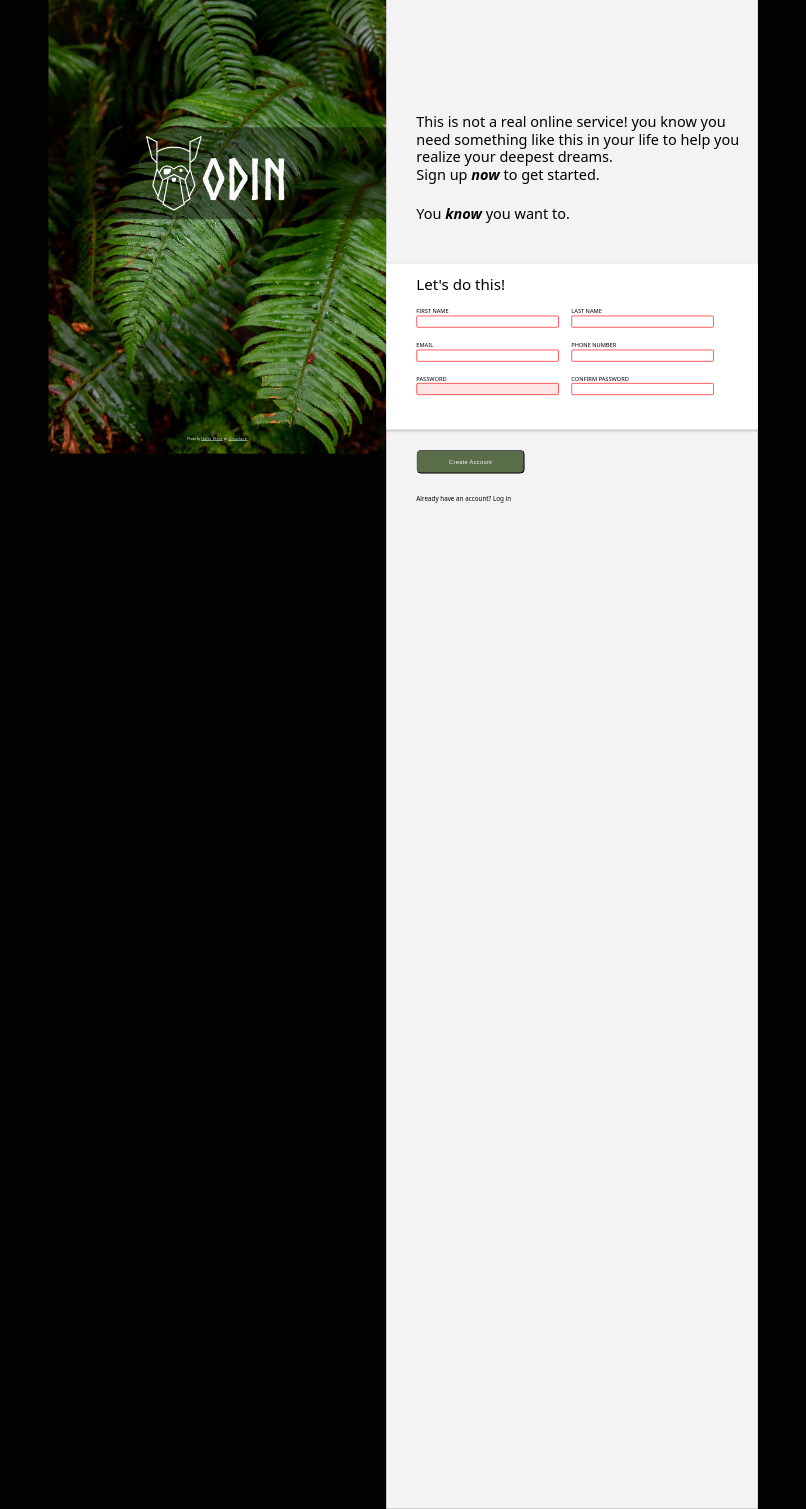
Repository: Freezler/Odin-SignUp
Page: index.html
The author's editor kept a copy of each file at every save. The page is drawn from the files as they stood at one save, then again after the next save.
The browser window is 1280 px wide. The pictures show the whole page, at 63% of full size.

Above is the page before, as saved 2024-03-03 22:31:01.

### index.html
<!doctype html>
<html lang="en">

<head>
	<meta charset="UTF-8" />
	<link rel="icon" type="image/svg+xml" href="/vite.svg" />
	<meta name="viewport" content="width=device-width, initial-scale=1.0" />
	<title>Sign-up</title>
	<link rel="stylesheet" href="style.css">


</head>

<body>
	<main class="container">
		<section class="section-left">
			<div class="logo-container">
				<img src="odin-lined.png" width="88px" srcset="">
				<h1>ODIN</h1>
			</div>
			<div class="credit">
				<small>Photo by <a
						href="https://unsplash.com/@haliewestphoto?utm_content=creditCopyText&utm_medium=referral&utm_source=unsplash"
						target="_#blank">Halie
						West</a> on <a
						href="https://unsplash.com/photos/green-leaf-plant-in-close-up-photography-25xggax4bSA?utm_content=creditCopyText&utm_medium=referral&utm_source=unsplash">Unsplash
					</a>
				</small>
			</div>

		</section>
		<section class="section-right">
			<div class="right-wrapper">
				<div class="text-container">
					<p class="topParagraph">
						This is not a real online service! you know you need something like this in your life to help
						you
						realize your deepest dreams.
						<br>
						Sign up
						<span class="highlight">now</span>
						to get started.
					</p>
					<p class="bottomParagraph">You <span class="highlight">know</span> you want to.</p>
				</div>

				<form class="completeWidth" id="myForm">
					<fieldset class="form-container">
						<div class="poop"><strong class="poop strong">Let's do this!</strong></div>
						<div class="item item1"><label for="first-name">first name</label><input type="text"
								name="first-name" required id="first-name" autocomplete="username"></div>
						<div class="item item2">
							<label for="last-name">last name</label><input type="text" name="last-name" id="last-name"
								autocomplete="username" required>
						</div>
						<div class="item item3">
							<label for="email">Email</label>
							<input type="email" name="email" id="email" autocomplete="email" required>
						</div>
						<div class="item item4">
							<label for="phone">Phone number</label>
							<input type="number" name="phone" id="phone" autocomplete="tel" required>
						</div>
						<div class="item item5">
							<label for="password">Password</label>
							<input type="password" name="password" id="password" autocomplete="new-password"
								class="error" required>
						</div>
						<div class="item item6">
							<label for="confirm">Confirm password</label>
							<input type="password" name="confirm" id="confirm" autocomplete="new-password" required>
						</div>

					</fieldset>
				</form>

				<div class="cta-container">
					<div class="cta">
						<button type="button" class="ctaBtn" id="submitBtn">Create Account</button>
						<div class="cta-text">
							Already have an account?
							<span>
								<a href="http://" target="_blank" rel="noopener noreferrer">Log in</a>
							</span>
						</div>
					</div>
				</div>
				</form>
			</div>
		</section>
	</main>

	<script type="module" src="/main.js"></script>
</body>

</html>

### style.css
@font-face {
    font-family: Norse-Bold;
    src: url(Norse-Bold.otf);
}
.error {
    border-color: hsla(0, 96%, 49%, 0.801);
    color: hsla(0, 20%, 98%, 0.801);
    background: hsla(0, 96%, 49%, 0.101);
}

:root {
    font-size: 10px;
    margin: 0;
    padding: 0;
    box-sizing: border-box;
    font-family: system-ui, -apple-system, BlinkMacSystemFont, 'Segoe UI', Roboto, Oxygen, Ubuntu, Cantarell, 'Open Sans', 'Helvetica Neue', sans-serif;
}

body {
    margin: inherit;
    padding: inherit;
    width: 100vw;
    max-height: 100vh;
    background: rgba(0, 0, 0, 0.99);

}

.strong {
    font-weight: 500;
    font-size: 1.8rem;
}

.highlight {
    color: hsl(324, 56%, 2%);
    font-weight: 500;

}

main.container {
    display: grid;
    grid-template-columns: 536px 2fr;
    grid-template-rows: 1fr 1fr 1fr;
    margin: 0 auto;
    max-height: 100vh;
    width: 88vw;

    height: 100vh;

    @media screen and (max-width: 720px) {
        .container {
            display: grid;
            grid-template-columns: 1fr;
            grid-template-rows: 1fr 1fr;
            margin: 0 auto;
            max-height: 100vh;
            width: 100vw;
        }


        .form-container {
            display: grid;

            grid-template-rows: repeat(7, 1fr);
            grid-template-columns: 1fr;
            max-width: 100%;
            margin-top: 64px;
            margin-left: 48px;

        }

        .section-right,
        .section-left {

            max-width: 100vw;


        }

    }

}

.logo-container {
    display: flex;
    flex-direction: row;
    justify-content: center;
    gap: 0px;
    align-items: center;
    font-family: Norse-Bold;
    font-size: 6rem;
    font-weight: 200;
    height: 146px;
    width: 100%;
    background: hsla(208, 100%, 0%, 0.423);
    margin-top: 190px;


    h1 {
        padding-top: 18px;
        color: hsla(0, 0%, 99%, 0.99);
    }
}

.credit {


    font-size: 0.6rem;
    margin-top: auto;
    display: flex;
    flex-direction: column;
    justify-content: center;
    align-items: center;
    height: 48px;
    width: 100%;
    color: aliceblue;




    a {
        text-decoration: underline;
        color: hsla(208, 100%, 97%, 0.883);
        font-size: 6px;
        transition: all 0.3s linear;
        letter-spacing: 0.5px;
        font-weight: 200;
    }

    a:hover {
        color: rgb(240, 244, 31);
        font-size: 13px;
        transition: all 0.6s linear;
        letter-spacing: 1.2px;
        font-weight: 700;
    }
}


.section-left {
    max-height: 100vh;
    font-weight: 200;
    display: grid;
    grid-template-rows: 1fr 1fr;
    grid-template-columns: 1fr;
    justify-items: space-between;
    align-items: center;
    background-image: url(./halie-west-25xggax4bSA-unsplash.jpg);
    background-size: cover;
    background-repeat: no-repeat;
    background-position: center center;
    margin-left: 0;
}

.section-right {
    max-height: 100%;
    max-width: 100%;
    display: grid;
    grid-template-columns: 1fr;
    grid-template-rows: repeat(3, 1fr);
    background: hsla(0, 0%, 100%, 0.951);

    .text-container {
        display: flex;
        flex-direction: column;
        justify-content: center;
        align-items: flex-start;
        padding-left: 48px;
        padding-top: 180px;
    }

    p.topParagraph {
        margin: 0;
        padding: 0;
        font-size: 2.3rem;
        font-weight: 500;
        max-width: 45ch;
        line-height: 1.2;
    }

    p.bottomParagraph {
        padding-top: 32px;
        padding-bottom: 64px;
        font-weight: 500;
        margin: 0;
        font-size: 2.3rem;
    }

    a {
        text-decoration: none;
        color: #0b0b0b;
    }

    .highlight {
        font-weight: 600;
        font-size: 2.3rem;
        font-style: italic;
    }

    .strong {
        font-weight: 400;
        font-size: 24px;
    }


    .completeWidth {
        box-sizing: border-box;
        background: hsl(0, 100%, 100%);
        box-shadow: 0 0 0 1px hsla(0, 0%, 0%, 0.1), 0 2px 4px hsla(0, 0%, 0%, 0.2);

        width: 100%;
        max-width: 100%;
        max-height: 100%;
    }

    .form-container {
        border: none;
        display: grid;
        padding: 0 0;
        margin-top: 0rem;

        grid-template-rows: repeat(5, 1fr);
        grid-template-columns: 1fr;
        max-width: 472px;
        height: 264px;
        margin-left: 48px;
        gap: 18px;
        box-sizing: border-box;
        width: 100%;


        label {
            font-size: xx-small;
            margin-bottom: 0.1rem;
        }

        .item {
            display: flex;
            flex-direction: column;
            justify-content: center;
            align-items: start;
            width: 100%;
            background: transparent;
            text-transform: uppercase;
            font-size: xx-small;

        }

        .poop {
            grid-column: 1 / 3;
            grid-row: 1 / 1;
            justify-self: self-start;
            margin-top: 16px;
            padding: 0;
            width: 100%;
            font-weight: 500;

            p {
                font-size: larger;
            }
        }
    }
}

input:not(:not([name="confirm"])) {

    margin-bottom: 0;
}

input:active {
    box-shadow: 2px 3px 10px -4px hsla(270, 100%, 1%, 0.883);
}

input {
    width: 220px;
    border: 1px solid #E5E7EB;
    border-radius: 2px;

}

.cta-container {
    display: flex;
    flex-direction: column;
    justify-content: center;
    align-items: start;
    padding-top: 12px;
    margin-left: 48px;

    button {
        background: #596D48;
        color: hsla(0, 0%, 100%, 0.99);
        border-radius: 8px;
        padding: 12px 50px;
        text-align: center;
        text-decoration: none;
        display: inline-block;
        font-size: 16px;

        cursor: pointer;
        font-weight: 500;
        font-size: xx-small;
        letter-spacing: 0.5px;
        transition: all 0.3s linear;
        margin-bottom: 32px;
        margin-top: 20px;

        button:hover {
            border: none;
        }
    }
}

input:invalid {
    border: 1px solid red;
}

### main.js
const getFormData = () =>
  Object.fromEntries(
    new FormData(
      document.getElementById("myForm")
    ).entries()
  );

const submitForm = () => {
  const data = getFormData();
  console.table(data);
  formReset();
};
const formReset = () => {
  document.getElementById("myForm").reset();
};

const btnSubmit = document.getElementById("submitBtn");
btnSubmit.addEventListener("click", submitForm);

/**
 * Attaches a focus event listener to all input elements. If an input element is invalid when focused,
 * it adds the "error" class to that input element.
 */

After the next save:
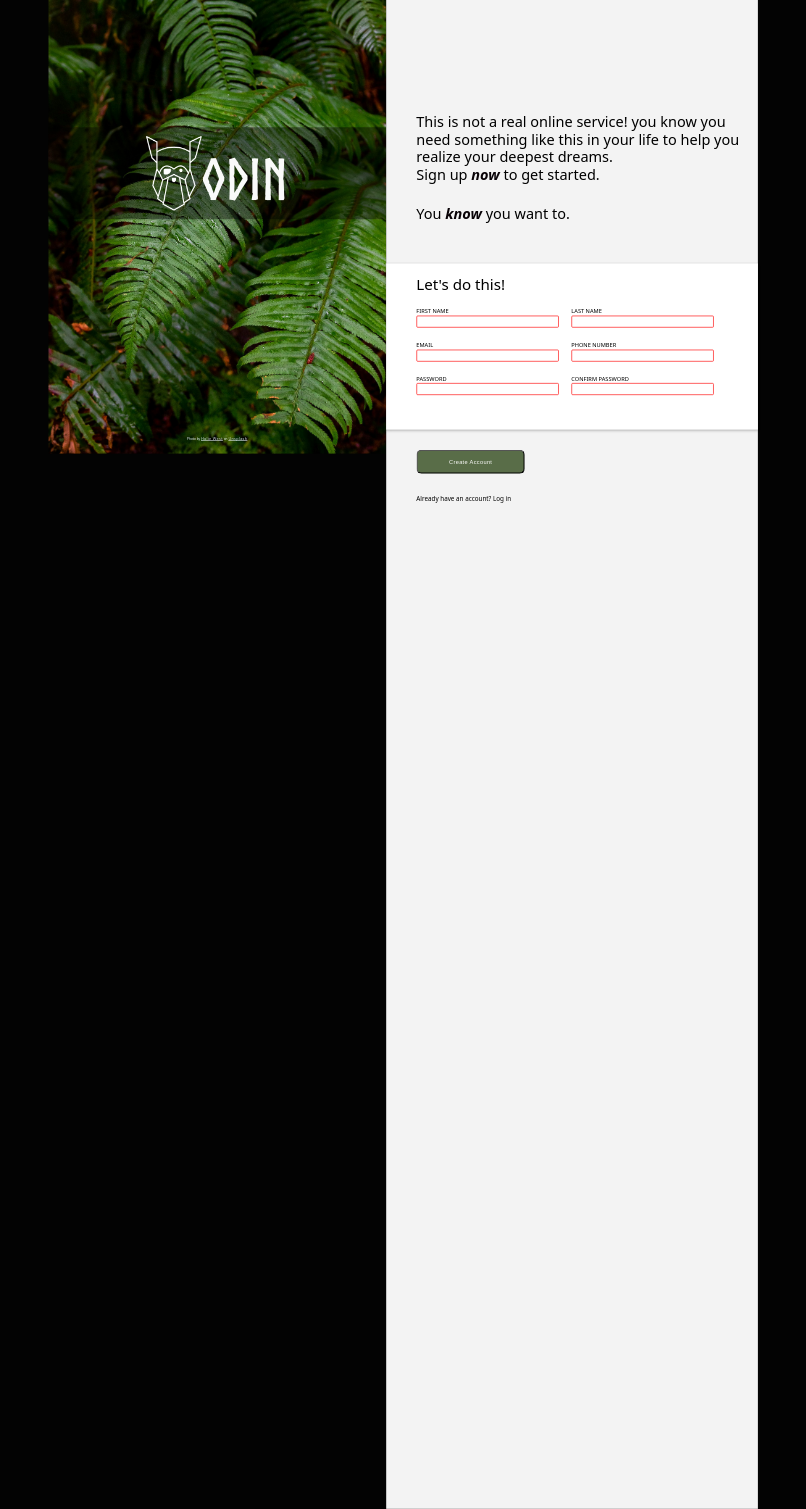
Saved 19 s later.
--- a/index.html
+++ b/index.html
@@ -64,7 +64,7 @@
 						<div class="item item5">
 							<label for="password">Password</label>
 							<input type="password" name="password" id="password" autocomplete="new-password"
-								class="error" required>
+								class="" required>
 						</div>
 						<div class="item item6">
 							<label for="confirm">Confirm password</label>
